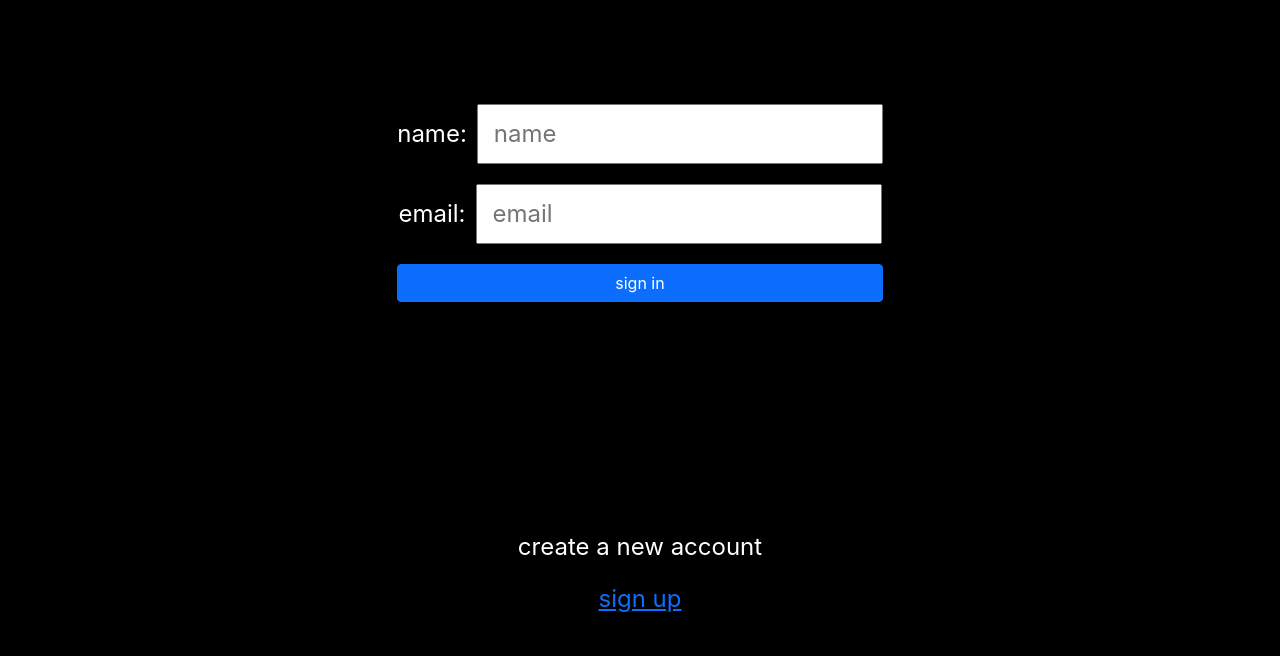
Repository: romAtam/5778
Page: /signin
These files come from the project's save history. The page is drawn as it stood at one moment and after the next save; the edit follows.
The browser window is 1280 px wide. The pictures show the whole page.
The project was rebuilt for these pictures with package versions that can differ from the ones it lists, and the page was loaded fresh each time. Also part of the build but not shown: src/Pages/Home.js, src/Pages/Game.js, src/Pages/Web.js, src/Pages/Team.js, src/Pages/User.js, src/Pages/Register.js.

Above is the page before, as saved 2021-12-11 22:30:59.

After the next save:
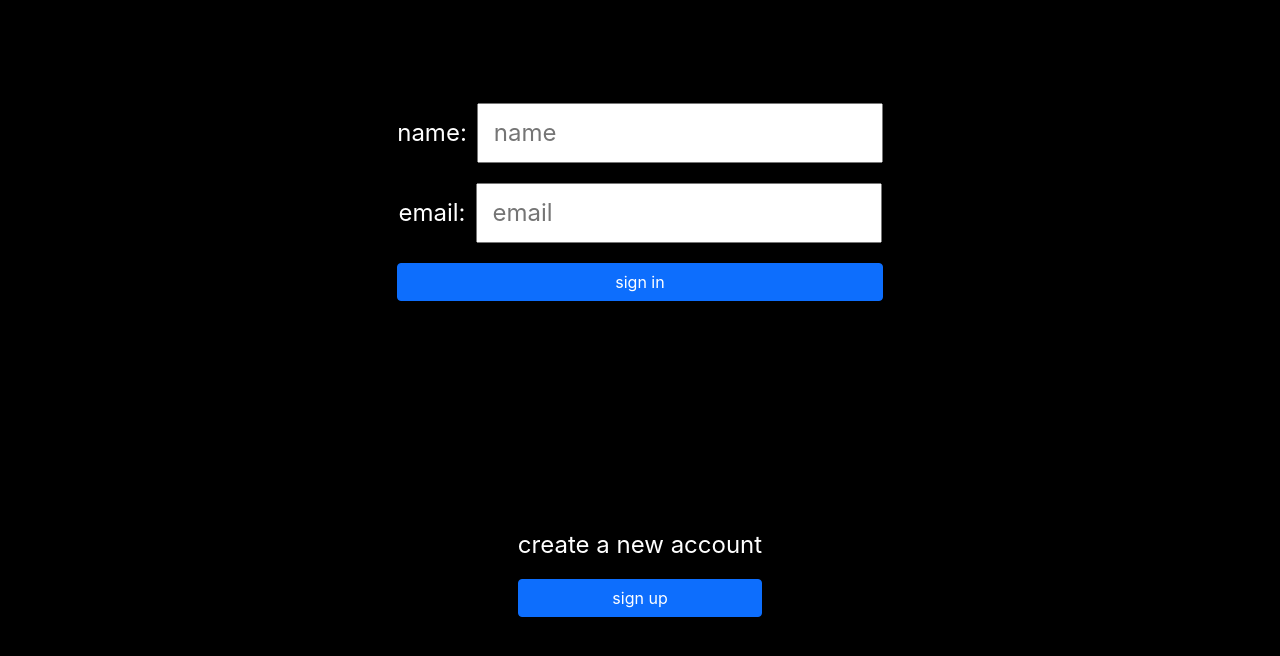
Saved 37 s later.
--- a/src/Pages/Signin.js
+++ b/src/Pages/Signin.js
@@ -58,7 +58,7 @@ const Signin = () => {
             </Form>
             <Registdiv>
                 <p>create a new account</p>
- <Link to="/register">sign up</Link>
+ <Link className="btn btn-primary"to="/register">sign up</Link>
             </Registdiv>
 
         </FormWrapper>
